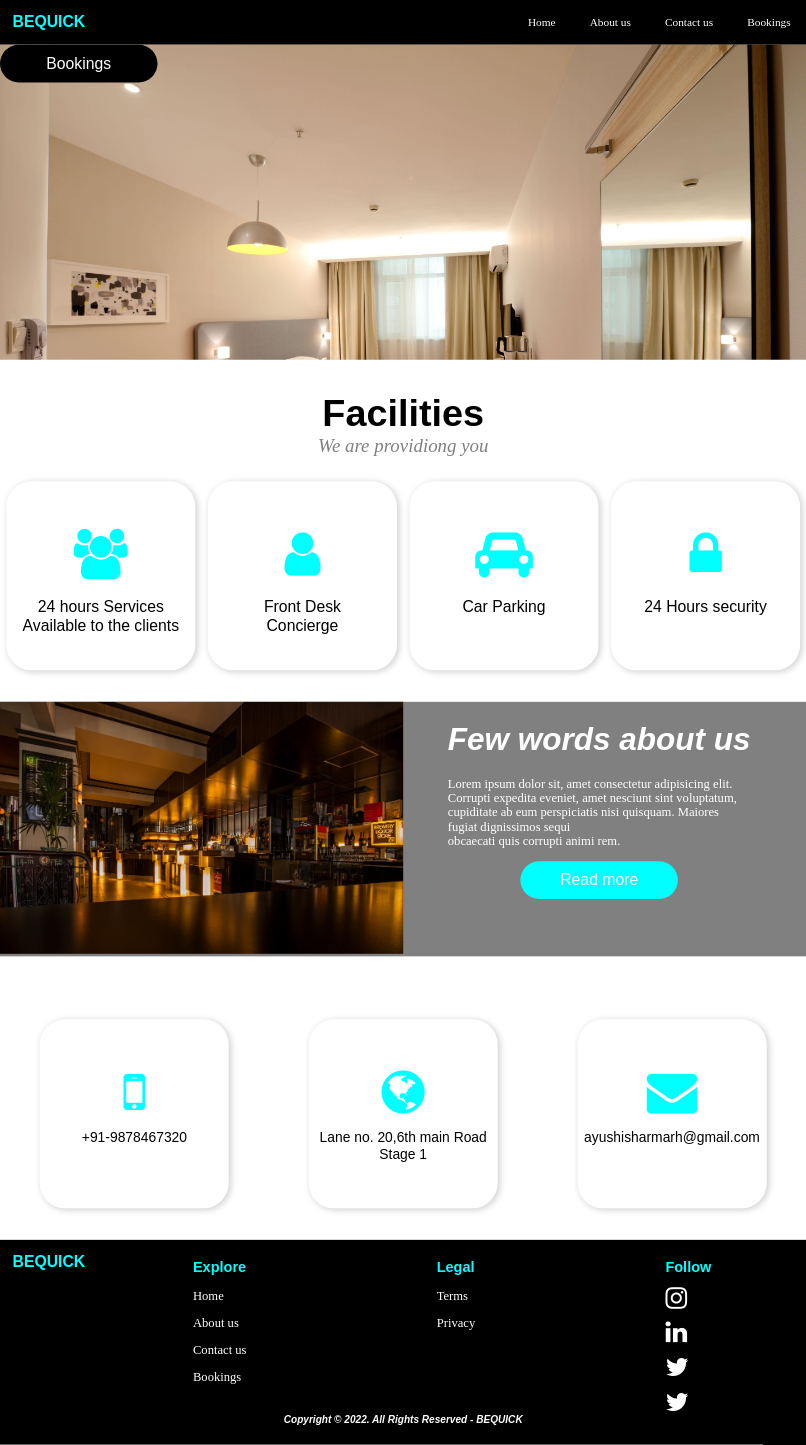
Repository: Ayushi6Sharma/BEQUICK_Hotel_Booking_Web
Page: index.html
An editor plug-in stored every save of this project. The page is shown before and after the next save, followed by the edit.
The browser window is 1280 px wide. The pictures show the whole page, at 63% of full size.

Above is the page before, as saved 2022-05-10 02:21:07.

### index.html
<!DOCTYPE html>
<html lang="en">
<head>
    <meta charset="UTF-8">
    <meta http-equiv="X-UA-Compatible" content="IE=edge">
    <meta name="viewport" content="width=device-width, initial-scale=1.0">
    <link rel="stylesheet" href="./style/style.css">
    <!-- <link rel="stylesheet" href="https://cdn.jsdelivr.net/npm/@fortawesome/fontawesome-free@5.15.4/css/fontawesome.min.css" integrity="sha384-jLKHWM3JRmfMU0A5x5AkjWkw/EYfGUAGagvnfryNV3F9VqM98XiIH7VBGVoxVSc7" crossorigin="anonymous"> -->
    <!-- <link href="https://cdnjs.cloudflare.com/ajax/libs/font-awesome/5.13.0/css/all.min.css" rel="stylesheet"> -->
    <link rel="stylesheet" href="https://stackpath.bootstrapcdn.com/font-awesome/4.7.0/css/font-awesome.min.css" integrity="sha384-wvfXpqpZZVQGK6TAh5PVlGOfQNHSoD2xbE+QkPxCAFlNEevoEH3Sl0sibVcOQVnN" crossorigin="anonymous">

</head>
    <title>Bequick Hotel</title>
</head>
<body>
    <main>
        <nav class="nav">
            <ul class="nav-list">
                <span class="logo">BEQUICK</span>
                <li><a href="#">Home</a></li>
                <li><a href="#">About us</a></li>
                <li><a href="#">Contact us</a></li>
                <li><a href="#">Bookings</a></li>
            </ul>
        </nav>

        <!-- section 1 -->

        <section class="hotel-main-image">
                <div class="bookings-btn">Bookings</div>
                <!-- <img src="./images/hotel-img-2.jpg" class="hotel-img-2"> -->
        </section>
        <!-- section 2  -->
        <section>
            <div class="section2-facilities">
               <div class="main-facilities">Facilities</div>
                <div class="main-facilities-lower">We are providiong you </div>
            </div>
            <div class="flex1-container1">
                <div class="flex1-item1">
                    <div class="facilities">
                        <i class="fa fa-users fa-5x"></i>
                        <div class="facilities-content">
                            24 hours Services Available to the clients
                        </div>
                    </div>
                </div>
                <div class="flex1-item2">
                    <div class="facilities">
                        <i class="fa fa-user fa-5x"></i>
                        <div class="facilities-content">
                            Front Desk
                            <br/>Concierge
                        </div>
                    </div>
                </div>
                <div class="flex1-item3">
                    <div class="facilities">
                        <i class="fa fa-car fa-5x"></i>
                        <div class="facilities-content">
                            Car Parking
                        </div>
                    </div>
                </div>
                <div class="flex1-item4">
                    <div class="facilities">
                        <i class="fa fa-lock fa-5x"></i>
                        <div class="facilities-content">
                            24 Hours security
                        </div>
                    </div>
                </div>
            </div>
        </section>
        <!-- section 3 -->
        <section>
            <div class="about">
                <div>
                    <img src="./images/hotel-img-3.jpg" class="about-image">
                </div>
                <div class="about-content">
                    <div class="about-content-1">
                        Few words about us
                    </div>
                    <div class="about-content-2">
                        Lorem ipsum dolor sit, amet consectetur adipisicing elit.
                        <br/>Corrupti expedita eveniet, amet nesciunt sint voluptatum,
                        <br> cupiditate ab eum perspiciatis nisi quisquam. Maiores
                        <br/>fugiat dignissimos sequi
                        <br> obcaecati quis corrupti animi rem.
                    </div>
                    <div class="about-btn">
                        Read more
                    </div>
                </div>
            </div>
        </section>
        <!-- section 4 -->
        <section>
            <div class="flex2-container2">
                <div class="flex2-item1">
                    <div class="location">
                        <i class="fa fa-mobile fa-5x"></i>
                        <div class="location-content">
                            +91-9878467320
                        </div>
                    </div>
                </div>
                <div class="flex2-item2">
                <div class="location">
                        <i class="fa fa-globe fa-5x"></i>
                        <div class="location-content">
                            Lane no. 20,6th main Road
                            <br/>Stage 1
                        </div>
                    </div>
                </div>
                <div class="flex2-item3">
                <div class="location">
                        <i class="fa fa-envelope fa-5x"></i>
                        <div class="location-content">
                            ayushisharmarh@gmail.com
                        </div>
                    </div>
                </div>
            </div>
        </section>
        <!-- footer -->
        <footer>
            <div class="footer">
                <div class="logo" id="footer-logo">BEQUICK</div>
                <div class="footer-flex">
                    <!-- <div class="logo" id="footer-logo">BEQUICK</div> -->
                    <div class="footer-list">
                        <ul class="footer-list-1">
                            <div class="footer-list-heading">Explore</div>
                            <li>Home</li>
                            <li>About us</li>
                            <li>Contact us</li>
                            <li>Bookings</li>
                        </ul>
                    </div>
                    <div class="footer-list">
                        <ul class="footer-list-2">
                            <div class="footer-list-heading">Legal</div>
                            <li>Terms</li>
                            <li>Privacy</li>
                        </ul>
                    </div>
                    <div class="footer-list">
                        <ul class="footer-list-3">
                            <div class="footer-list-heading">Follow</div>
                            <li>
                                <a href="#"><i class="fa fa-instagram fa-2x"></i></a>
                            </li>
                            <li>
                                <a href="#"><i class="fa fa-linkedin fa-2x"></i></a>
                            </li>
                            <li>
                                <a href="#"><i class="fa fa-twitter fa-2x"></i></a>
                            </li>
                            <li>
                                <a href="#"><i class="fa fa-twitter fa-2x"></i></a>
                            </li>
                        </ul>
                    </div>
                </div>
                <!-- copyright -->
                <div class="copyright">
                    Copyright &copy; 2022. All Rights Reserved - BEQUICK
                </div>
            </div>
        </footer>
    </main>
</body>
</html>

### style/style.css
*
{
    padding: 0px;
    margin: 0px;
    box-sizing: border-box;
}
/* nav */
.nav
{
    background-color: black;
}
.nav-list
{
    list-style-type:none;
    width: 100%;
    text-align: end;
}
.nav-list > li
{
    display: inline-block;
    padding: 25px;
    font-size: 18px;
}
.nav-list li a
{
    text-decoration: none;
    color:white;
}
.nav-list li a:hover
{
    color: aquamarine;
}
.logo
{
    padding: 20px;
    color:aqua;
    float: left;
    font-size: 25px;
    font-weight: bolder;
    font-family: sans-serif;
}
/* section 1 */
/* main image */
.hotel-img-2
{
    width: 100%;
    height:500px;
}
.hotel-main-image
{
    background-image:url('../images/hotel-img-2.jpg');
    height:500px;
    width:100%;
    background-size:cover;
}
.bookings-btn
{
    width:250px;
    height: 60px;
    background-color: black;
    color:white;
    border-radius: 40px;
    text-align: center;
    padding-top: 15px;
    font-size:25px;
    font-family: sans-serif;
}

/* section 2 */
.flex1-container1
{
    display: flex;
    flex-direction: row;
    flex-wrap: wrap;
    margin-top: 40px;
    justify-content: space-around;
    align-content:space-around;
}
/* Facilities */
.section2-facilities
{
    text-align: center;
    margin-top:50px;
}
.main-facilities
{
    font-size: 60px;
    font-weight: bold;
    font-family: sans-serif;
}
.main-facilities-lower
{
    font-size: 30px;
    font-style: italic;
    color:grey;
}
.facilities
{
    width:300px;
    height:300px;
    text-align:center;
    border-radius: 40px;
    box-shadow: 3px 2px 10px 1px lightgrey;
}
.facilities i{
    margin-top: 25%;
    color:aqua;
}
.facilities-content
{   margin-top: 30px;
    font-size: 25px;
    font-family:sans-serif;
}
/* section 3 */
.about{
    margin-top: 50px;
    display: flex;
    flex-wrap: wrap;
    background-color:grey;
}
.about-image
{
    width:90%;
    height:400px;
}
.about-content-1
{
    font-size: 50px;
    font-weight: bold;
    font-family: sans-serif;
    color: white;
    font-style: italic;
    margin-top: 30px;
}
.about-content-2
{
    color:white;
    word-wrap: break-word;
    font-size: 20px;
    padding-top: 30px;
    margin-bottom: 20px;
}
.about-btn
{
    width:250px;
    height: 60px;
    background-color: aqua;
    color:white;
    border-radius: 40px;
    text-align: center;
    padding-top: 15px;
    font-size:25px;
    border: none;
    font-family: sans-serif;
    margin: auto;
}

/* section 4 */

.flex2-container2
{
    display: flex;
    justify-content: space-around;
    margin-top: 100px;
    text-align: center;
    align-content:space-around;
    flex-wrap: wrap;
}
.location
{
    width:300px;
    height:300px;
    text-align:center;
    border-radius: 40px;
    box-shadow: 3px 2px 10px 1px lightgrey;
}
.location i
{
    color:aqua;
    padding-top: 25%;
}
.location-content
{
    font-size: 22px;
    font-family:sans-serif;
    padding-top: 20px;
}

/* footer */
.footer{
    background-color: black;
}
.footer-flex
{
    display: flex;
    justify-content: space-around;
    margin-top: 50px;
}
.footer-list-heading
{
    font-weight: bold;
    font-size: 23px;
    font-family: sans-serif;
    color:aqua;
    margin-top:30px;
}
.footer-list > ul
{
    list-style-type: none;
    color:white;
    font-size: 20px;
}
.footer-list-1 >li
{
    padding-top:20px;
}
.footer-list-2 >li
{
    padding-top:20px;
}
.footer-list-3 i
{
    padding-top: 15px;
    color: white;
}
/* copyright */
.copyright
{
    text-align: center;
    color:white;
    font-family: sans-serif;
    font-weight: bold;
    font-style: italic;
    padding-bottom: 30px;
}
/* media queries */

After the next save:
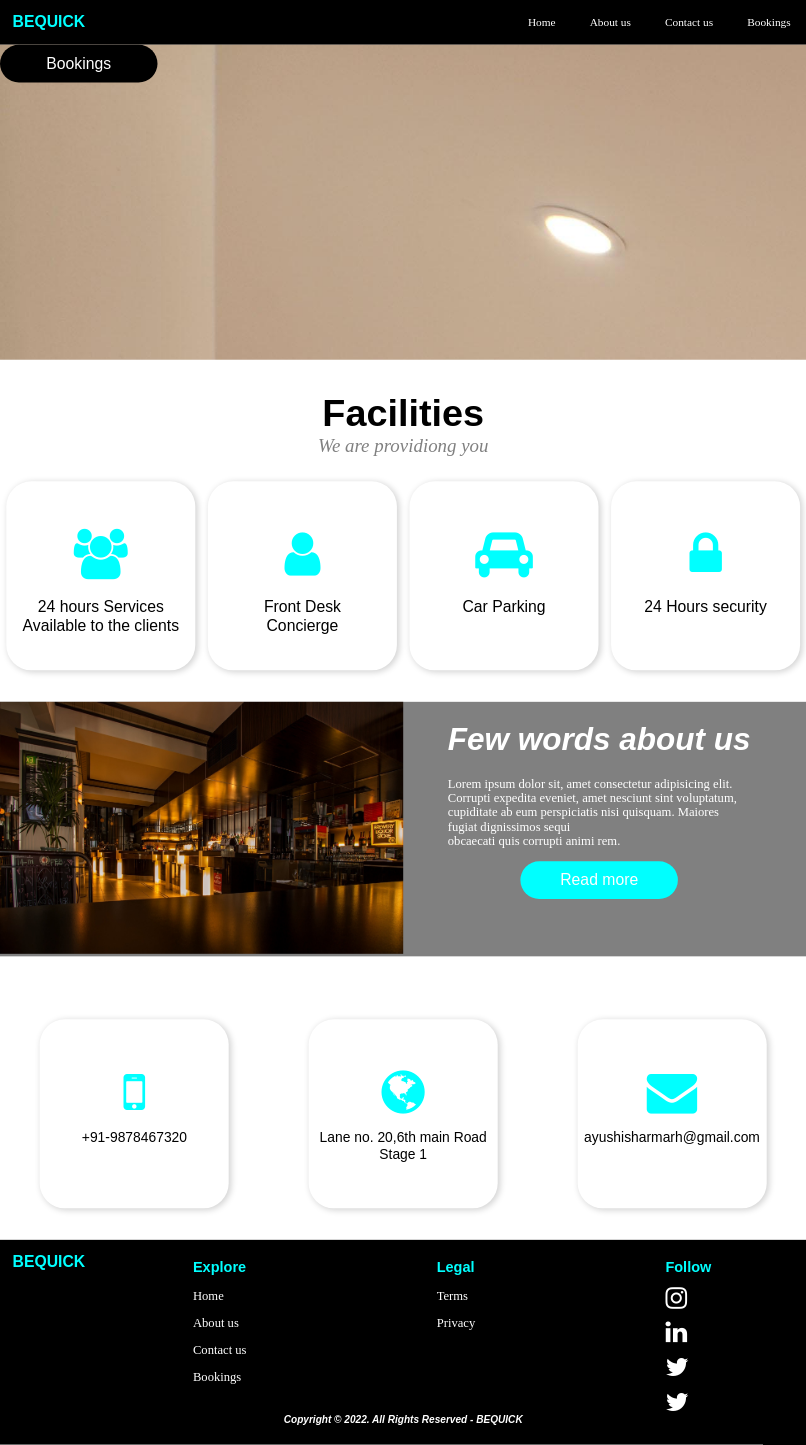
Saved 74 s later.
--- a/style/style.css
+++ b/style/style.css
@@ -51,7 +51,7 @@
     background-image:url('../images/hotel-img-2.jpg');
     height:500px;
     width:100%;
-    background-size:cover;
+    background-size:auto;
 }
 .bookings-btn
 {

After the save that followed:
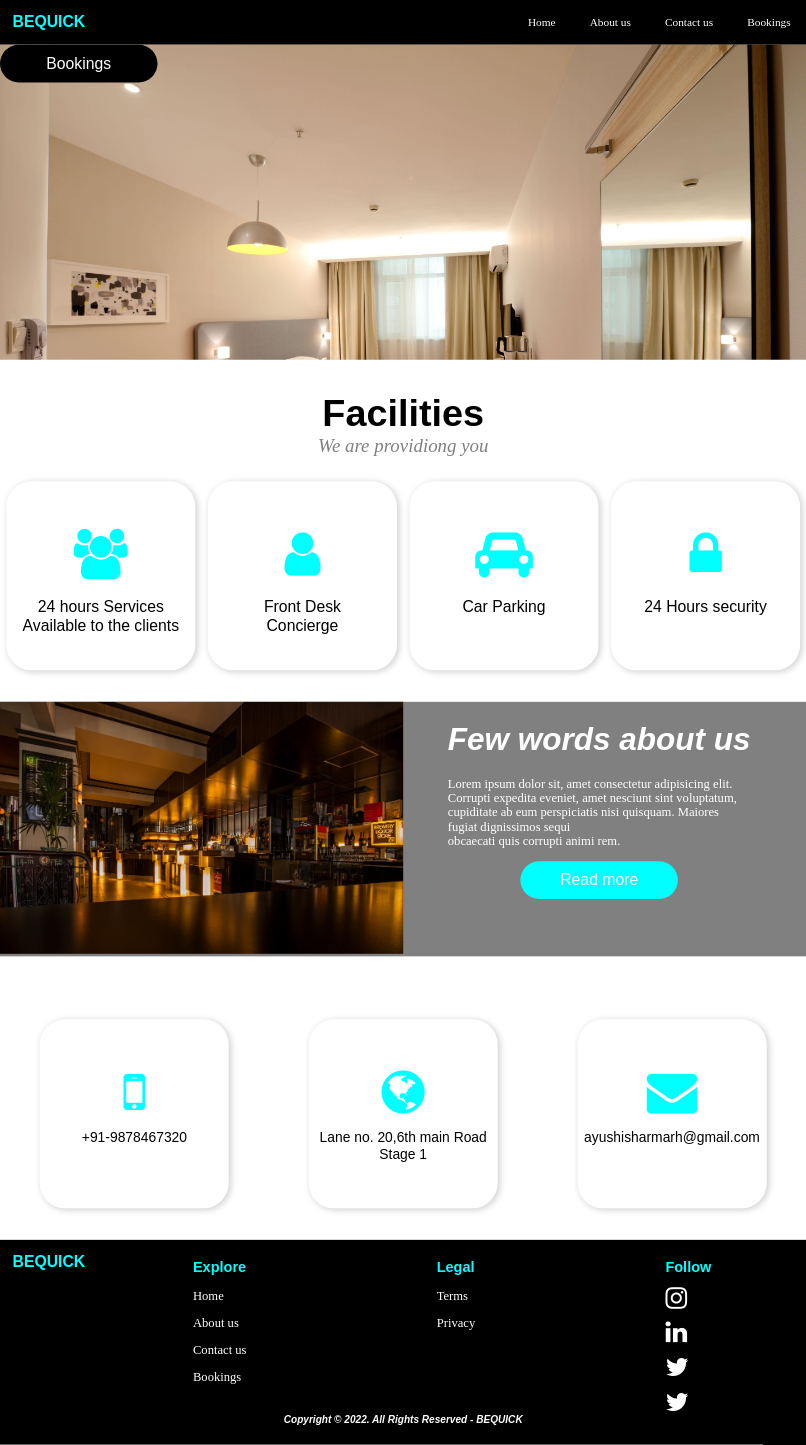
Saved 14 s later.
--- a/style/style.css
+++ b/style/style.css
@@ -51,7 +51,7 @@
     background-image:url('../images/hotel-img-2.jpg');
     height:500px;
     width:100%;
-    background-size:auto;
+    background-size:cover;
 }
 .bookings-btn
 {
